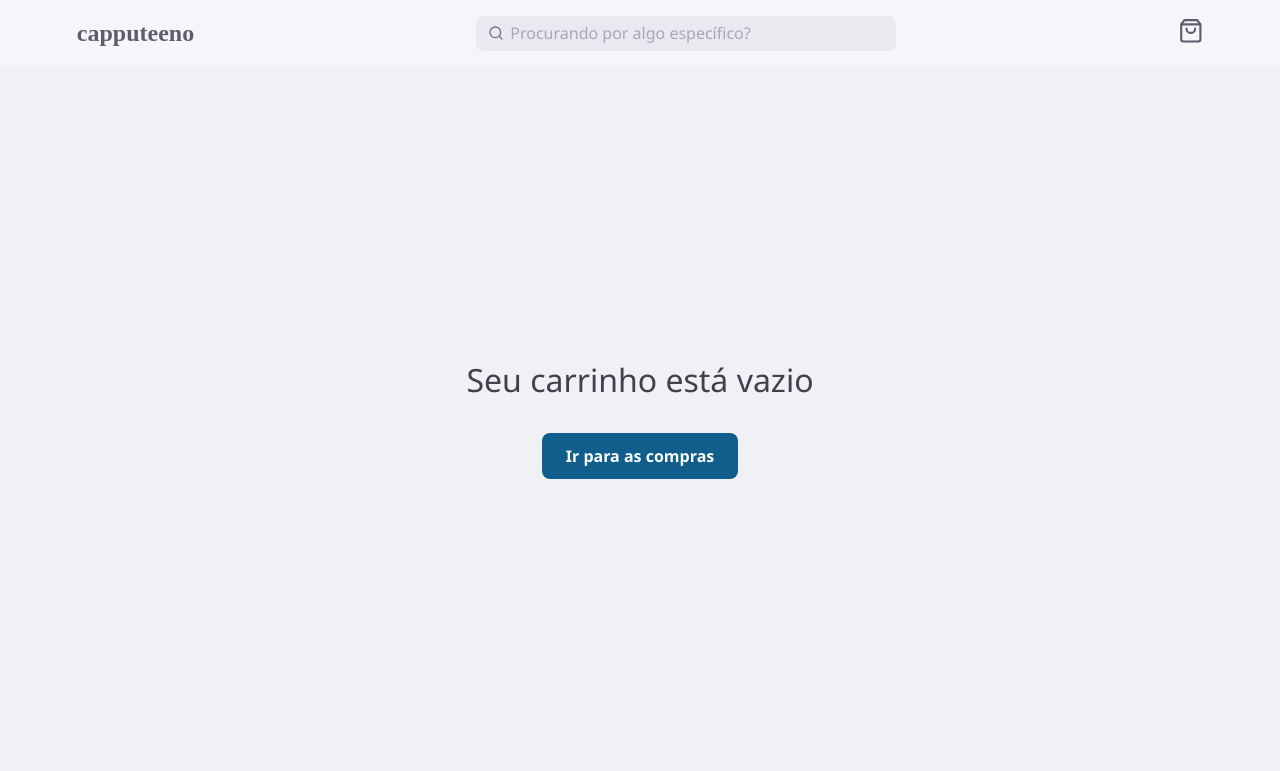
Repository: Biel-barbosa/capputeenoecomerce
Page: /cart
The author's editor kept a copy of each file at every save. The page is drawn from the files as they stood at one save, then again after the next save.
The browser window is 1280 px wide. The pictures show the whole page.
Some web fonts or font styles are not loaded; a fallback is used. The project was rebuilt for these pictures with package versions that can differ from the ones it lists, and the page was loaded fresh each time. The framework's server and built-in components were replaced by stand-ins that run in the browser. Also part of the build but not shown: next.config.ts.

Above is the page before, as saved 2025-04-25 15:37:53.

### src/app/layout.tsx
import type { Metadata } from "next";
import { Geist, Geist_Mono } from "next/font/google";
import { Saira, Saira_Stencil_One } from 'next/font/google';
import "./globals.css";
import ClientProviders from "@/components/ClientProviders";

const saira = Saira({
  subsets: ['latin'],
  weight: ['400', '600', '700'],
  variable: '--font-saira',
});

const sairaStencilOne = Saira_Stencil_One({
  subsets: ['latin'],
  weight: ['400'],
  variable: '--font-saira-stencil',
});

const geistSans = Geist({
  variable: "--font-geist-sans",
  subsets: ["latin"],
});

const geistMono = Geist_Mono({
  variable: "--font-geist-mono",
  subsets: ["latin"],
});

export const metadata: Metadata = {
  title: "Capputeeno",
  description: "Loja de tecnologia minimalista",
};

export default function RootLayout({
  children,
}: Readonly<{
  children: React.ReactNode;
}>) {
  return (
    <html lang="pt-br" className={`${saira.variable} ${sairaStencilOne.variable} ${geistSans.variable} ${geistMono.variable}`}>
      <body>
        <ClientProviders>
          {children}
        </ClientProviders>
      </body>
    </html>
  );
}

### src/app/cart/page.tsx
'use client';

import { useEffect, useState } from 'react';
import styled from 'styled-components';
import Header from '@/components/Header';
import Link from 'next/link';
import { useCart } from '@/contexts/CartContexts';
import { Product } from '@/data/products';

const PageWrapper = styled.div`
  background-color: #f0f0f5;
  min-height: 100vh;
  font-family: 'Segoe UI', sans-serif;
`;

const Container = styled.div<{ isEmpty: boolean }>`
  max-width: 1440px;
  margin: 0 auto;
  padding: 4rem 2rem;
  display: flex;
  flex-direction: ${({ isEmpty }) => (isEmpty ? 'column' : 'row')};
  justify-content: ${({ isEmpty }) => (isEmpty ? 'center' : 'space-between')};
  align-items: ${({ isEmpty }) => (isEmpty ? 'center' : 'flex-start')};
  gap: 2rem;

  /* Responsividade para telas menores */
  @media (max-width: 1024px) {
    padding: 2rem;
  }

  @media (max-width: 768px) {
    flex-direction: column;
    padding: 1rem;
  }
`;

const ProductsSection = styled.div`
  flex: 2;
  display: flex;
  flex-direction: column;
  gap: 1.5rem;

  /* Responsividade para telas menores */
  @media (max-width: 768px) {
    width: 100%;
  }
`;

const ProductCard = styled.div`
  display: flex;
  flex-direction: row;
  gap: 1.5rem;
  background: #fff;
  padding: 1.5rem;
  border-radius: 12px;
  align-items: center;
  box-shadow: 0 2px 4px rgba(0, 0, 0, 0.05);

  /* Responsividade para telas menores */
  @media (max-width: 768px) {
    flex-direction: row;
    padding: 1rem;
    gap: 1rem;
  }
`;

const ProductImage = styled.img`
  width: 120px;
  height: 120px;
  object-fit: cover;
  border-radius: 8px;

  @media (max-width: 768px) {
    width: 100px;
    height: 100px;
  }
`;

const ProductInfo = styled.div`
  flex: 1;
  display: flex;
  flex-direction: column;
  gap: 0.5rem;
`;


const Title = styled.h3`
  margin: 0;
  font-size: 1.1rem;
  font-weight: 600;
  color: #41414d;

  @media (max-width: 768px) {
    font-size: 1rem;
  }
`;

const Price = styled.span`
  color: #41414D;
  font-weight: bold;
  font-size: 1rem;
`;

const Controls = styled.div`
  display: flex;
  align-items: center;
  gap: 0.5rem;
  color: #41414D;

  span {
    font-size: 0.95rem;
    font-weight: 500;
    color: #41414D;
  }
`;

const ControlButton = styled.button`
  background: #e0e0e0;
  border: none;
  border-radius: 6px;
  padding: 0.4rem 0.8rem;
  font-weight: bold;
  font-size: 1rem;
  cursor: pointer;
  transition: 0.2s;

  &:hover {
    background: #d5d5d5;
  }
`;

const RemoveButton = styled.button`
  background: transparent;
  border: none;
  color: #de3838;
  cursor: pointer;
  font-size: 0.9rem;
  font-weight: bold;

  &:hover {
    text-decoration: underline;
  }
`;

const SummarySection = styled.div`
  flex: 1;
  background: white;
  padding: 2rem;
  border-radius: 12px;
  box-shadow: 0 4px 20px rgba(0, 0, 0, 0.1);
  height: fit-content;
  color: #41414D;

  /* Responsividade para telas menores */
  @media (max-width: 768px) {
    width: 100%;
    padding: 1rem;
  }
`;

const SummaryTitle = styled.h2`
  margin-bottom: 2rem;
  font-size: 1.5rem;
  color: #41414D;

  /* Responsividade para telas menores */
  @media (max-width: 768px) {
    font-size: 1.25rem;
  }
`;

const SummaryItem = styled.div`
  display: flex;
  justify-content: space-between;
  margin-bottom: 1.25rem;
  font-size: 1rem;

  @media (max-width: 768px) {
    font-size: 0.95rem;
  }
`;

const Total = styled.strong`
  font-size: 1.25rem;
  color: #09090a;
`;

const CheckoutButton = styled.button<{ disabled?: boolean }>`
  width: 100%;
  padding: 1rem;
  background: ${({ disabled }) => (disabled ? '#9ed6a0' : '#51b853')};
  color: white;
  font-weight: bold;
  border: none;
  border-radius: 8px;
  font-size: 1rem;
  cursor: ${({ disabled }) => (disabled ? 'not-allowed' : 'pointer')};
  transition: background 0.2s;

  &:hover {
    background: ${({ disabled }) => (disabled ? '#9ed6a0' : '#4aa24b')};
  }
`;

const HelpLinks = styled.div`
  margin-top: 2.5rem;
  font-size: 0.875rem;
  color: #737380;

  a {
    display: block;
    margin-top: 0.5rem;
    color: #737380;
    text-decoration: none;

    &:hover {
      text-decoration: underline;
    }
  }
`;

const EmptyCartMessage = styled.div`
  display: flex;
  flex-direction: column;
  justify-content: center;
  align-items: center;
  height: 80vh;
  text-align: center;

  p {
    font-size: 2rem;
    color: #41414d;
    margin-bottom: 2rem;
  }

  button {
    padding: 0.75rem 1.5rem;
    background-color: #115d8c;
    color: white;
    font-weight: bold;
    border: none;
    border-radius: 8px;
    cursor: pointer;
    font-size: 1rem;

    &:hover {
      background-color: #0d4c74;
    }
  }
`;

type CartItem = Product & { quantity: number };

export default function CartPage() {
  const { cart, updateCart } = useCart();
  const [cartItems, setCartItems] = useState<CartItem[]>([]);
  const [isProcessing, setIsProcessing] = useState(false);

  useEffect(() => {
    const stored = localStorage.getItem('cart');
    if (stored) {
      setCartItems(JSON.parse(stored));
    }
  }, [cart]);

  const changeQuantity = (id: string, delta: number) => {
    const updated = cartItems.map(item =>
      item.id === id ? { ...item, quantity: Math.max(1, item.quantity + delta) } : item
    );
    updateCart(updated);
    setCartItems(updated);
  };

  const handleRemove = (id: string) => {
    const updated = cartItems.filter(item => item.id !== id);
    updateCart(updated);
    setCartItems(updated);
  };

  const handleCheckout = async () => {
    setIsProcessing(true);
    await new Promise(resolve => setTimeout(resolve, 2000));
    updateCart([]);
    localStorage.removeItem('cart');
    alert('Compra finalizada com sucesso!');
    window.location.href = '/';
  };

  const subtotal = cartItems.reduce((acc, item) => acc + item.price * item.quantity, 0);
  const delivery = 40;
  const total = subtotal + delivery;

  return (
    <PageWrapper>
      <Header />
      <Container isEmpty={cartItems.length === 0}>
        {cartItems.length === 0 ? (
          <EmptyCartMessage>
            <p>Seu carrinho está vazio</p>
            <Link href="/">
              <button>Ir para as compras</button>
            </Link>
          </EmptyCartMessage>
        ) : (
          <>
            <ProductsSection>
              {cartItems.map((product) => (
                <ProductCard key={product.id}>
                  <ProductImage src={product.image} alt={product.title} />
                  <ProductInfo>
                    <Title>{product.title}</Title>
                    <Price>R$ {(product.price * product.quantity).toFixed(2)}</Price>
                    <Controls>
                      <ControlButton onClick={() => changeQuantity(product.id, -1)}>-</ControlButton>
                      <span>{product.quantity}</span>
                      <ControlButton onClick={() => changeQuantity(product.id, 1)}>+</ControlButton>
                    </Controls>
                  </ProductInfo>
                  <RemoveButton onClick={() => handleRemove(product.id)}>Remover</RemoveButton>
                </ProductCard>
              ))}
            </ProductsSection>

            <SummarySection>
              <SummaryTitle>Resumo do pedido</SummaryTitle>
              <SummaryItem>
                <span>Subtotal de produtos</span>
                <span>R$ {subtotal.toFixed(2)}</span>
              </SummaryItem>
              <SummaryItem>
                <span>Entrega</span>
                <span>R$ {delivery.toFixed(2)}</span>
              </SummaryItem>
              <SummaryItem>
                <span>Total</span>
                <Total>R$ {total.toFixed(2)}</Total>
              </SummaryItem>

              <CheckoutButton onClick={handleCheckout} disabled={isProcessing}>
                {isProcessing ? 'Finalizando compra...' : 'Finalizar a compra'}
              </CheckoutButton>

              <HelpLinks>
                <a href="#">Ajuda</a>
                <a href="#">Reembolsos</a>
                <a href="#">Entregas e frete</a>
                <a href="#">Trocas e devoluções</a>
              </HelpLinks>
            </SummarySection>
          </>
        )}
      </Container>
    </PageWrapper>
  );
}

### src/components/ClientProviders.tsx
// src/components/ClientProviders.tsx
'use client';

import { ReactNode } from 'react';
import GlobalStyle from '@/styles/GlobalStyle';
import { CartProvider } from '@/contexts/CartContexts';

export default function ClientProviders({ children }: { children: ReactNode }) {
  return (
    <>
      <GlobalStyle />
      <CartProvider>
        {children}
      </CartProvider>
    </>
  );
}

### src/components/Header.tsx
'use client';

import styled from 'styled-components';
import { FiShoppingBag, FiSearch } from 'react-icons/fi';
import Link from 'next/link';
import { useCart } from '@/contexts/CartContexts';

type HeaderProps = {
  onSearch?: (value: string) => void;
};

const HeaderContainer = styled.header`
  width: 100%;
  padding: 1rem 6vw;
  background-color: #f5f5fa;
  box-sizing: border-box;
  overflow-x: hidden;
`;

const HeaderContent = styled.div`
  width: 100%;
  max-width: 1140px;
  margin: 0 auto;
  display: flex;
  align-items: center;
  justify-content: space-between;
  gap: 1rem;
  flex-wrap: nowrap;

  @media (max-width: 768px) {
    gap: 0.5rem;
  }
`;

const Logo = styled.h1`
  font-size: 1.5rem;
  font-weight: 600;
  color: #5d5d6d;
  white-space: nowrap;
    font-family: var(--font-saira-stencil);

  @media (max-width: 768px) {
    font-size: 1.2rem;
  }
`;

const SearchWrapper = styled.div`
  flex: 1;
  max-width: 420px;
  display: flex;
  align-items: center;
  background: #e9e9f0;
  padding: 0.4rem 0.75rem;
  border-radius: 8px;

  svg {
    font-size: 1rem;
    color: #737380;
    margin-right: 0.4rem;
  }

  @media (max-width: 768px) {
    max-width: 180px;
    flex-shrink: 1;
  }
`;

const SearchInput = styled.input`
  border: none;
  background: transparent;
  flex: 1;
  font-size: 1rem;
  color: #737380;

  &::placeholder {
    color: #a8a8b3;
  }

  &:focus {
    outline: none;
  }

  @media (max-width: 768px) {
    font-size: 0.9rem;

    &::placeholder {
      color: transparent;
    }
  }
`;

const CartButton = styled.button`
  position: relative;
  background: none;
  border: none;
  cursor: pointer;

  svg {
    font-size: 1.6rem;
    color: #5d5d6d;
  }

  @media (max-width: 768px) {
    svg {
      font-size: 1.4rem;
    }
  }
`;

const CartCount = styled.span`
  position: absolute;
  top: -8px;
  right: -8px;
  background-color: #de3838;
  color: white;
  border-radius: 50%;
  font-size: 0.75rem;
  padding: 0.25rem 0.5rem;
  line-height: 1;
`;

const Header = ({ onSearch }: HeaderProps) => {
  const { cartItemCount } = useCart();

  return (
    <HeaderContainer>
      <HeaderContent>
        <Link href="/" passHref>
          <Logo>capputeeno</Logo>
        </Link>

        <SearchWrapper>
          <FiSearch />
          <SearchInput
            type="text"
            placeholder="Procurando por algo específico?"
            onChange={(e) => onSearch?.(e.target.value)}
          />
        </SearchWrapper>

        <Link href="/cart" passHref>
          <CartButton>
            <FiShoppingBag />
            {cartItemCount > 0 && <CartCount>{cartItemCount}</CartCount>}
          </CartButton>
        </Link>
      </HeaderContent>
    </HeaderContainer>
  );
};

export default Header;

### src/contexts/CartContexts.tsx
'use client';

import React, {
    createContext,
    useContext,
    useState,
    useEffect,
    ReactNode,
} from 'react';
import { Product } from '@/data/products';

export type CartItem = Product & { quantity: number };

export type CartContextType = {
    cart: CartItem[];
    addToCart: (product: Product) => void;
    removeFromCart: (id: string) => void;
    updateCart: (items: CartItem[]) => void;
    cartItemCount: number;
};

export const CartContext = createContext<CartContextType | undefined>(undefined);

export const CartProvider = ({ children }: { children: ReactNode }) => {
    const [cart, setCart] = useState<CartItem[]>([]);

    useEffect(() => {
        const stored = localStorage.getItem('cart');
        if (stored) {
            setCart(JSON.parse(stored));
        }
    }, []);

    const saveCart = (items: CartItem[]) => {
        setCart(items);
        localStorage.setItem('cart', JSON.stringify(items));
    };

    const addToCart = (product: Product) => {
        const existing = cart.find(item => item.id === product.id);

        let updatedCart: CartItem[];

        if (existing) {
            updatedCart = cart.map(item =>
                item.id === product.id
                    ? { ...item, quantity: item.quantity + 1 }
                    : item
            );
        } else {
            updatedCart = [...cart, { ...product, quantity: 1 }];
        }

        saveCart(updatedCart);
    };

    const removeFromCart = (id: string) => {
        const updatedCart = cart.filter(item => item.id !== id);
        saveCart(updatedCart);
    };

    const updateCart = (items: CartItem[]) => {
        saveCart(items);
    };

    const cartItemCount = cart.length;;

    return (
        <CartContext.Provider
            value={{ cart, addToCart, removeFromCart, updateCart, cartItemCount }}
        >
            {children}
        </CartContext.Provider>
    );
};

export const useCart = () => {
    const context = useContext(CartContext);
    if (!context) {
        throw new Error('useCart must be used within a CartProvider');
    }
    return context;
};

### src/styles/GlobalStyle.ts
import { createGlobalStyle } from 'styled-components';

const GlobalStyle = createGlobalStyle`
  :root {
    --font-saira: 'Saira', sans-serif;
    --font-saira-stencil: 'Saira Stencil One', cursive;
  }

  * {
    margin: 0;
    padding: 0;
    box-sizing: border-box;
  }

  body {
    font-family: var(--font-saira);
    background-color: #f5f5fa;
    color: #41414d;
  }

  button, input, textarea {
    font-family: inherit;
  }
`;

export default GlobalStyle;

Loaded but not shown: src/app/globals.css (common file)

After the next save:
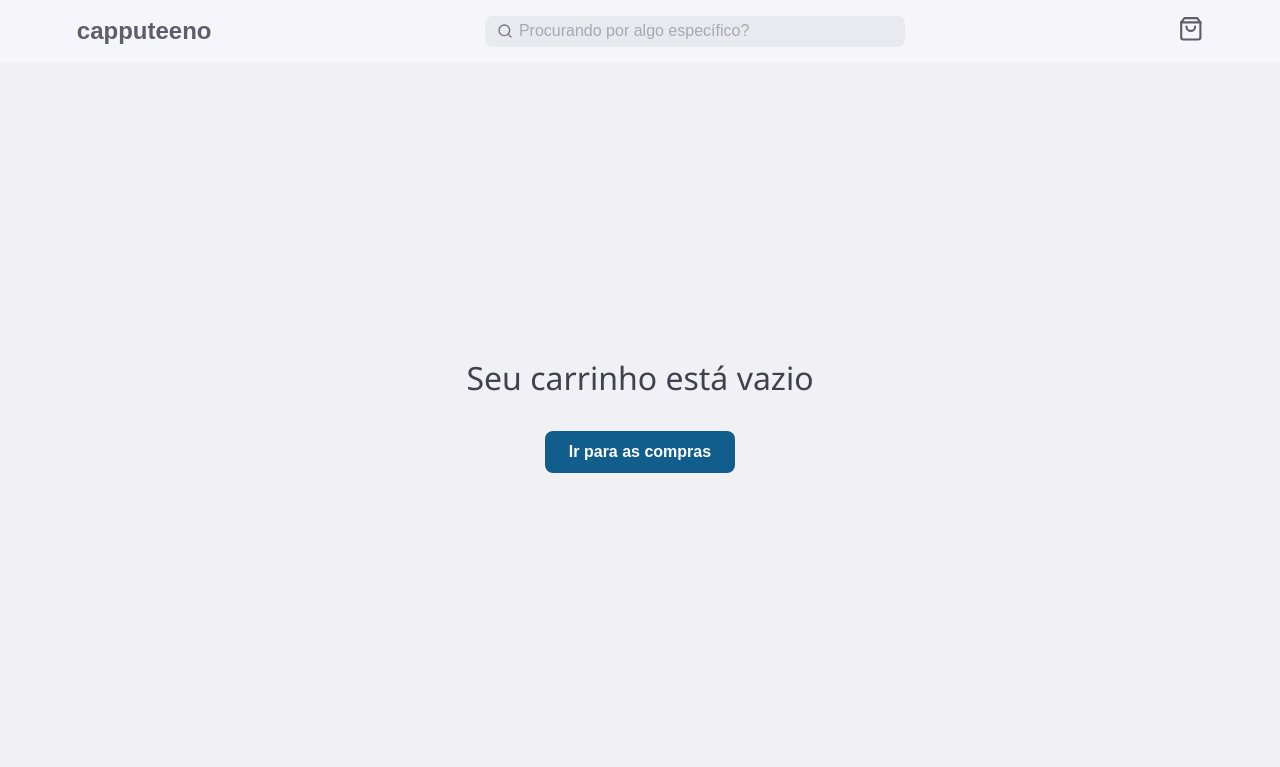
Saved 8 s later.
--- a/src/styles/GlobalStyle.ts
+++ b/src/styles/GlobalStyle.ts
@@ -2,8 +2,8 @@ import { createGlobalStyle } from 'styled-components';
 
 const GlobalStyle = createGlobalStyle`
   :root {
-    --font-saira: 'Saira', sans-serif;
-    --font-saira-stencil: 'Saira Stencil One', cursive;
+    --font-body: var(--font-saira);
+    --font-logo: var(--font-saira-stencil);
   }
 
   * {
@@ -12,14 +12,15 @@ const GlobalStyle = createGlobalStyle`
     box-sizing: border-box;
   }
 
+  html,
   body {
-    font-family: var(--font-saira);
+    font-family: var(--font-body), sans-serif;
     background-color: #f5f5fa;
-    color: #41414d;
+    color: #121214;
   }
 
-  button, input, textarea {
-    font-family: inherit;
+  h1, h2, h3 {
+    font-weight: 600;
   }
 `;
 
